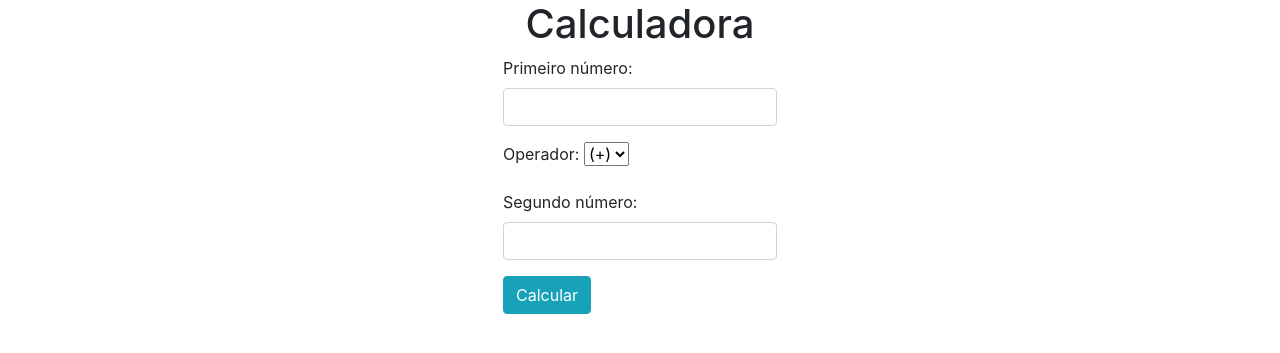
Repository: babirms/DAC
Page: Calculadora/WebContent/home.html
The author's editor kept a copy of each file at every save. The page is drawn from the files as they stood at one save, then again after the next save.
The browser window is 1280 px wide. The pictures show the whole page.

Above is the page before, as saved 2020-09-20 22:42:28.
Console error (its wording comes from the project's code and is left out).

### Calculadora/WebContent/home.html
<!DOCTYPE html>
<html>
<head>
<meta charset="ISO-8859-1">
<title>Calculadora - Página Inicial</title>
<link href="bootstrap/css/bootstrap.min.css" rel="stylesheet"
	type="text/css" />
<script type="text/javascript" src="bootstrap/js/bootstrap.min.js"></script>
</head>
<body>
	<div class="d-flex flex-column align-items-center col-xs-10">
		<h1>Calculadora</h1>
		<form action="CalculadoraServlet" method="get">
			<div class="form-group">
				<label for="primeiroNum">Primeiro número: </label> <input
					type="number" class="form-control" name="primeiroValue"
					id="primeiroNum ">
			</div>
			<div class="form-group">
				<label>Operador: </label> <select name="operacao">
					<option value="soma">(+)</option>
					<option value="sub">(-)</option>
					<option value="mul">(*)</option>
					<option value="div">(/)</option>
				</select>
			</div>
			<div class="form-group">
				<label for="segundoNum">Segundo número: </label> <input
					type="number" id="segundoNum" class="form-control"
					name="segundoValue">
			</div>
			<button class="btn btn-info" type="submit">Calcular</button>
		</form>
	</div>

</body>
</html>

Loaded but not shown: Calculadora/WebContent/bootstrap/css/bootstrap.min.css (library); Calculadora/WebContent/bootstrap/js/bootstrap.min.js (library)

After the next save:
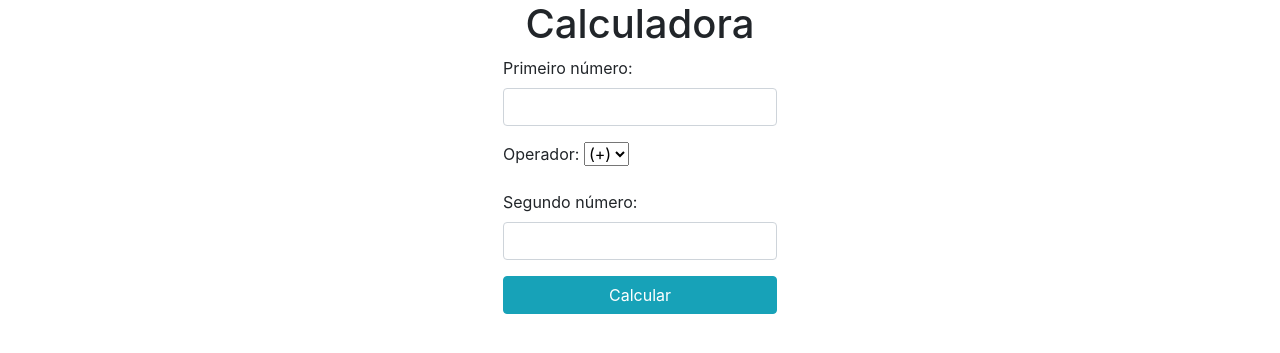
Saved 41 s later.
--- a/Calculadora/WebContent/home.html
+++ b/Calculadora/WebContent/home.html
@@ -29,7 +29,7 @@
 					type="number" id="segundoNum" class="form-control"
 					name="segundoValue">
 			</div>
-			<button class="btn btn-info" type="submit">Calcular</button>
+			<button class="btn btn-info btn-block" type="submit">Calcular</button>
 		</form>
 	</div>
 
